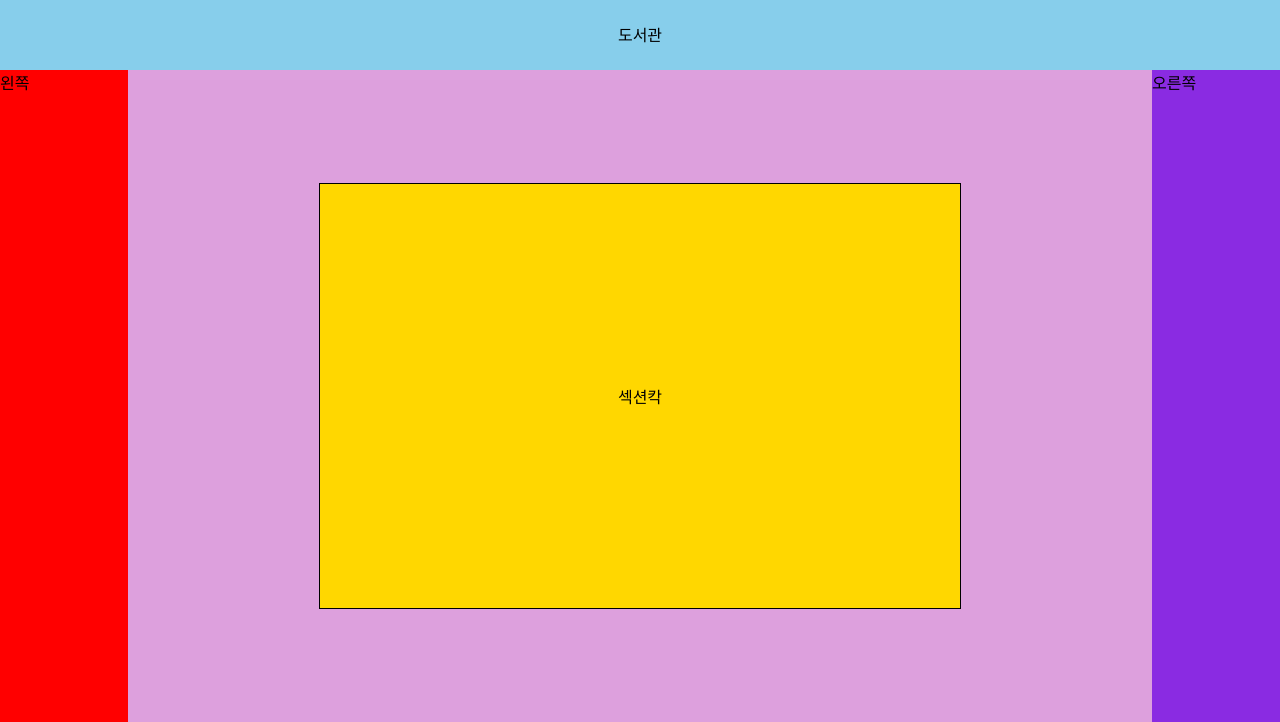
Repository: sojihwan/API_-Multi
Page: / (app in API/)
These files come from the project's save history. The page is drawn as it stood at one moment and after the next save; the edit follows.
The browser window is 1280 px wide. The pictures show the whole page.
The project was rebuilt for these pictures with package versions that can differ from the ones it lists, and the page was loaded fresh each time. Also part of the build but not shown: API/src/App.css.

Above is the page before, as saved 2022-05-24 15:17:53.

After the next save:
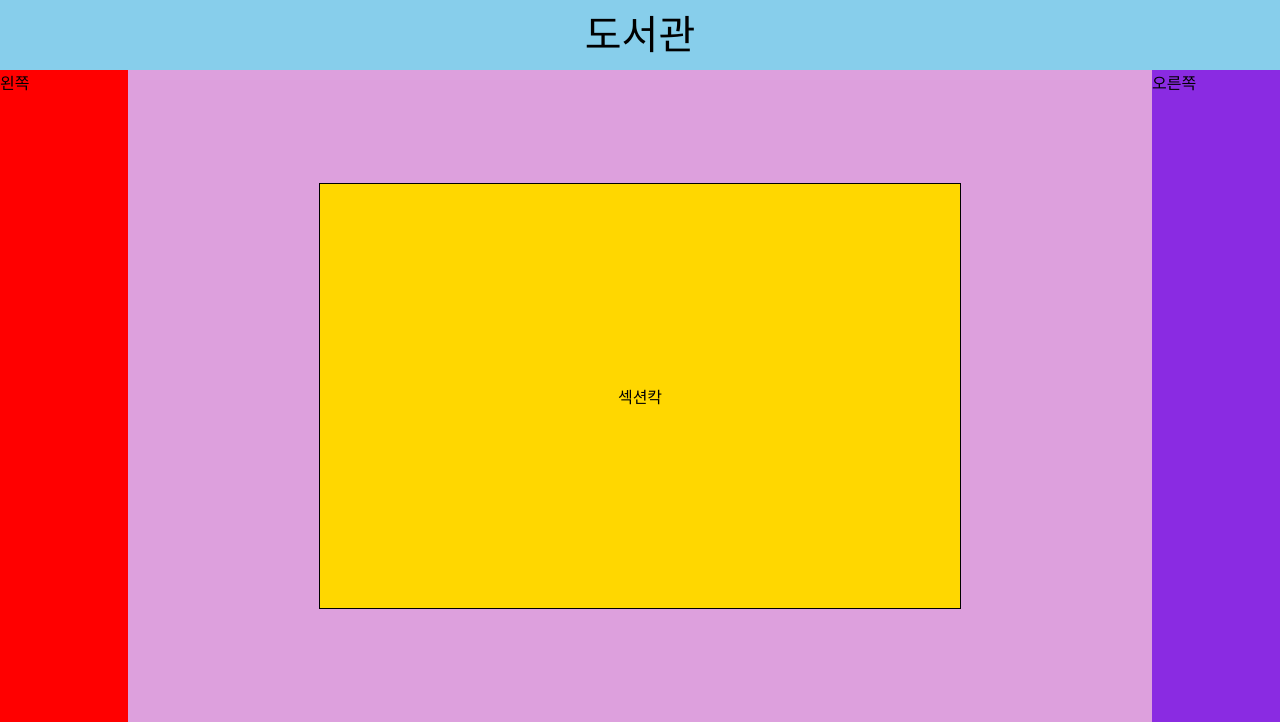
Saved 67 s later.
--- a/API/src/Layout/layout.css
+++ b/API/src/Layout/layout.css
@@ -8,6 +8,7 @@
   line-height: 70px;
   text-align: center;
   background: skyblue;
+  font-size: 40px
 }
 
 aside {

After the save that followed:
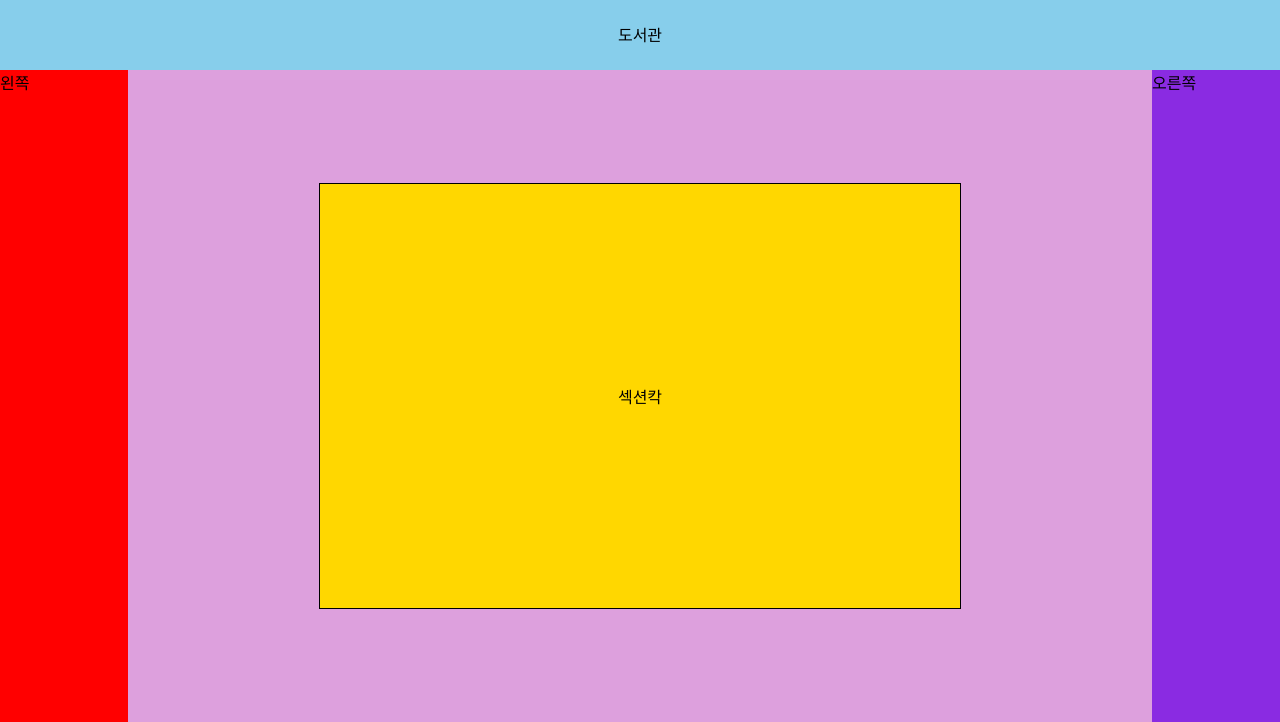
Saved 11 s later.
--- a/API/src/Layout/layout.css
+++ b/API/src/Layout/layout.css
@@ -8,7 +8,6 @@
   line-height: 70px;
   text-align: center;
   background: skyblue;
-  font-size: 40px
 }
 
 aside {
